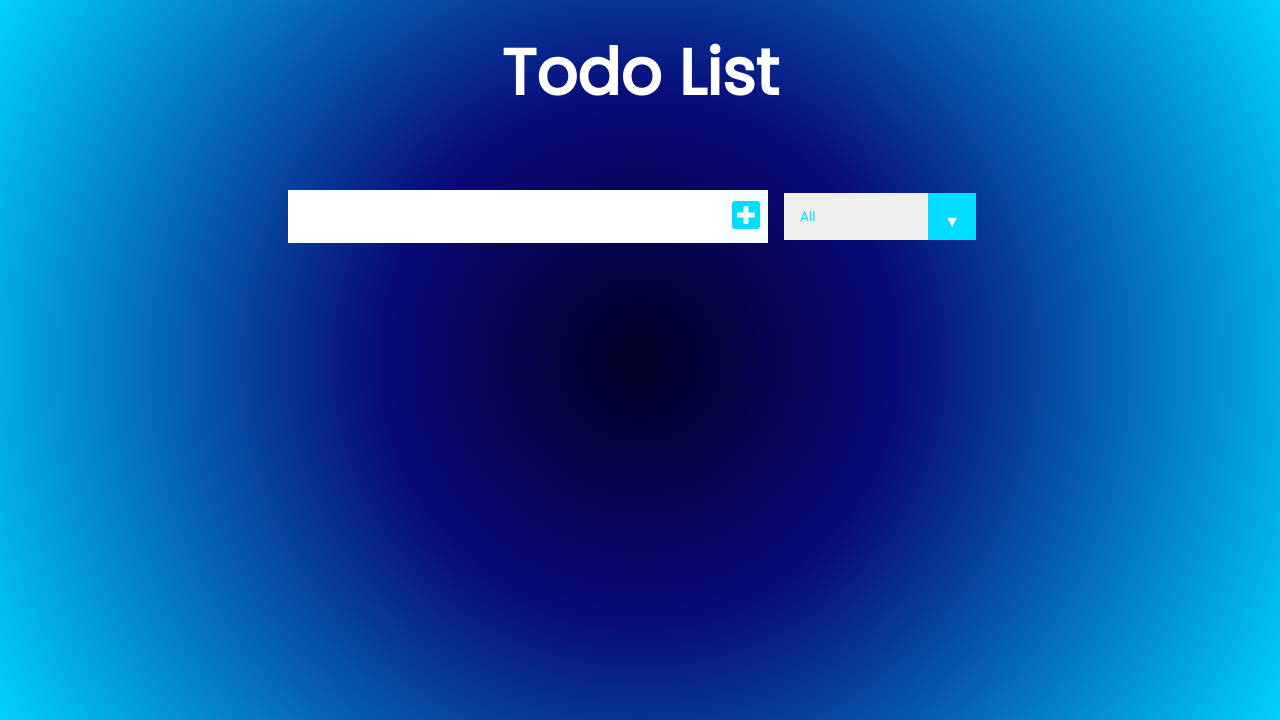
Repository: chellshelove/WADS_Assignment_TodoApp
Page: /
The author's editor kept a copy of each file at every save. The page is drawn from the files as they stood at one save, then again after the next save.
The browser window is 1280 px wide. The pictures show the whole page.
Some web libraries are served in a nearby version. The project was rebuilt for these pictures with package versions that can differ from the ones it lists, and the page was loaded fresh each time.

Above is the page before, as saved 2023-03-09 19:13:07.

After the next save:
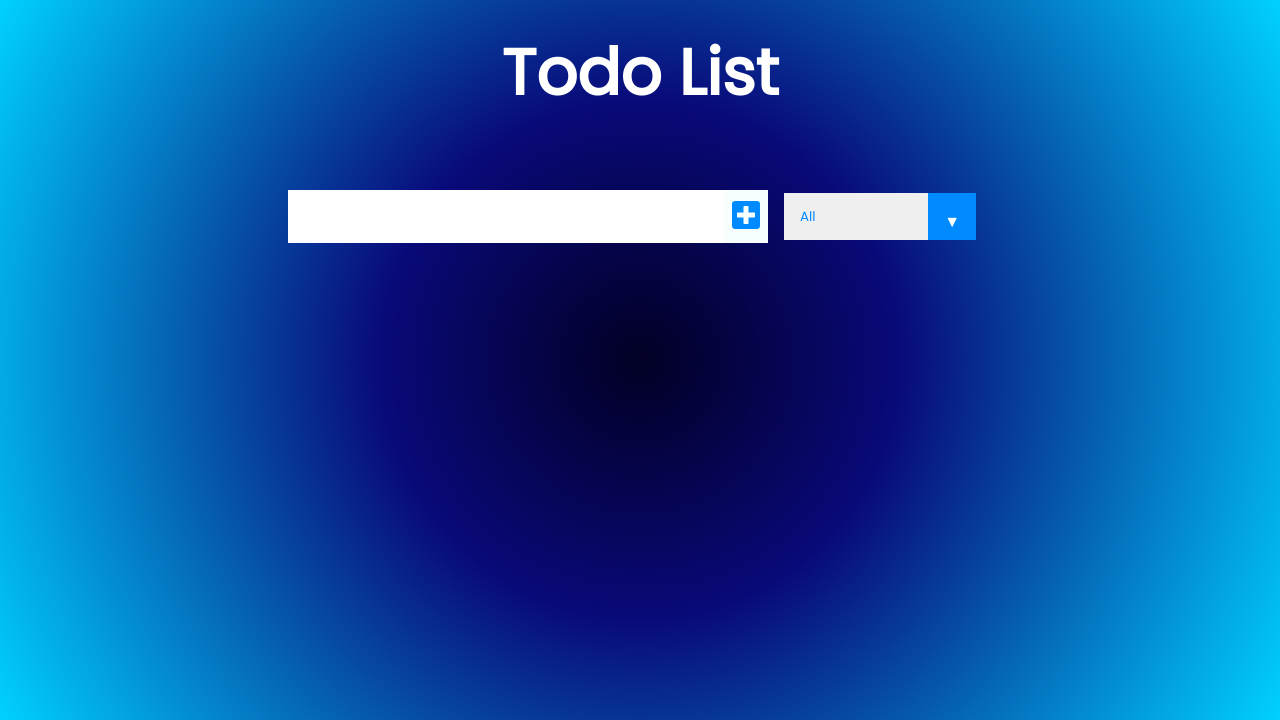
Saved 55 s later.
--- a/src/App.css
+++ b/src/App.css
@@ -28,7 +28,7 @@ form button {
   background: white;
 }
 form button {
-  color: #00ddff;
+  color: #008aff;
   background: #f7fffe;
   cursor: pointer;
   transition: all 0.3s ease;
@@ -67,7 +67,7 @@ form button:hover {
 
 .trash-btn,
 .complete-btn {
-  background: #00ddff;
+  background: #008aff;
   color: white;
   border: none;
   padding: 1rem;
@@ -115,7 +115,7 @@ select {
   overflow: hidden;
 }
 select {
-  color: #00ddff;
+  color: #008aff;
   font-family: "Poppins", sans-serif;
   cursor: pointer;
   width: 12rem;
@@ -127,7 +127,7 @@ select {
   top: 0;
   right: 0;
   padding: 1rem;
-  background: #00ddff;
+  background: #008aff;
   cursor: pointer;
   pointer-events: none;
 }
